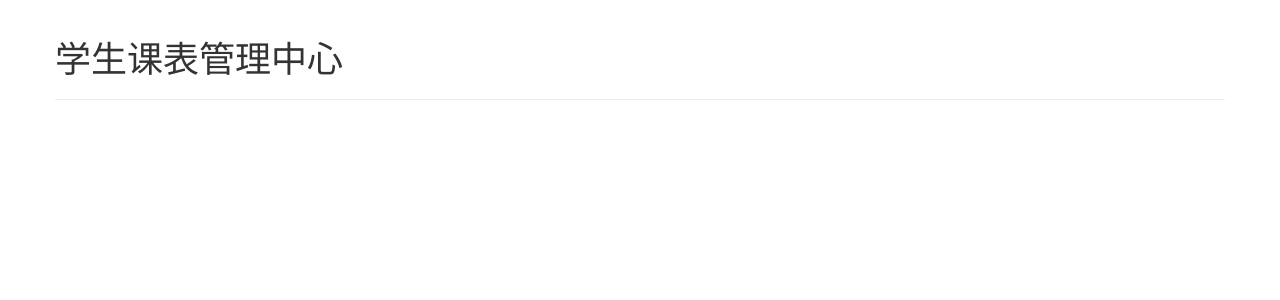
Repository: JetChen07/mybatis
Page: http://localhost/course/
The author's editor kept a copy of each file at every save. The page is drawn from the files as they stood at one save, then again after the next save.
The browser window is 1280 px wide. The pictures show the whole page.
The page is served by Tomcat 9.

Above is the page before, as saved 2018-05-21 08:12:39.

After the next save:
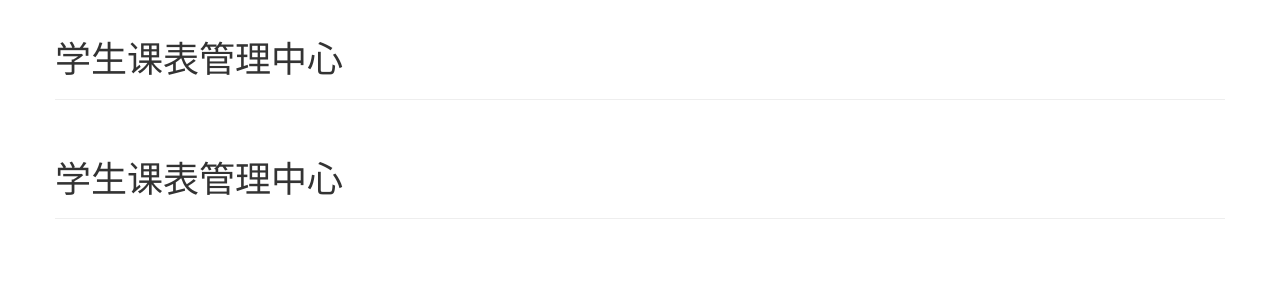
Saved 5 s later.
--- a/course/src/main/webapp/index.jsp
+++ b/course/src/main/webapp/index.jsp
@@ -15,6 +15,9 @@
         </div>
     </div>
     <div class="row">
+    	<div class="page-header">
+            <h1>学生课表管理中心</h1>
+        </div>
     </div>
 </div>
 </html>
